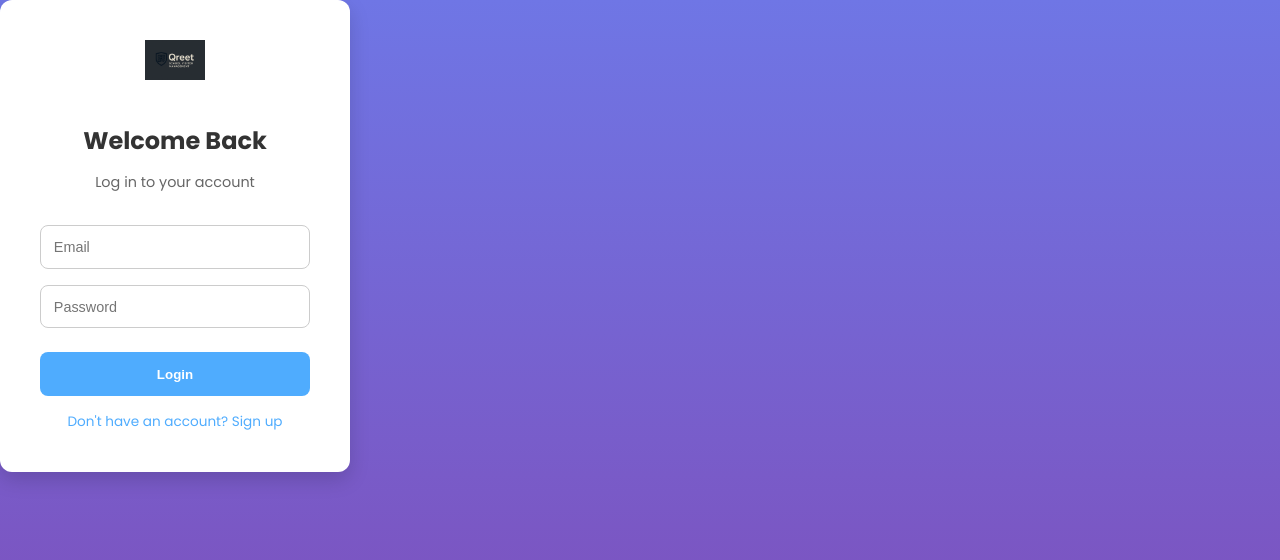
Repository: Ndegwa2/Soluschool
Page: /auth/login (app in frontend/)
The author's editor kept a copy of each file at every save. The page is drawn from the files as they stood at one save, then again after the next save.
The browser window is 1280 px wide. The pictures show the whole page.
The project was rebuilt for these pictures with package versions that can differ from the ones it lists, and the page was loaded fresh each time. The framework's server and built-in components were replaced by stand-ins that run in the browser. Also part of the build but not shown: frontend/next.config.mjs, frontend/components/layout/Header.js. Imported but missing from the stored project, and not drawn on this page: frontend/lib/config.

Above is the page before, as saved 2025-11-17 21:09:46.

After the next save:
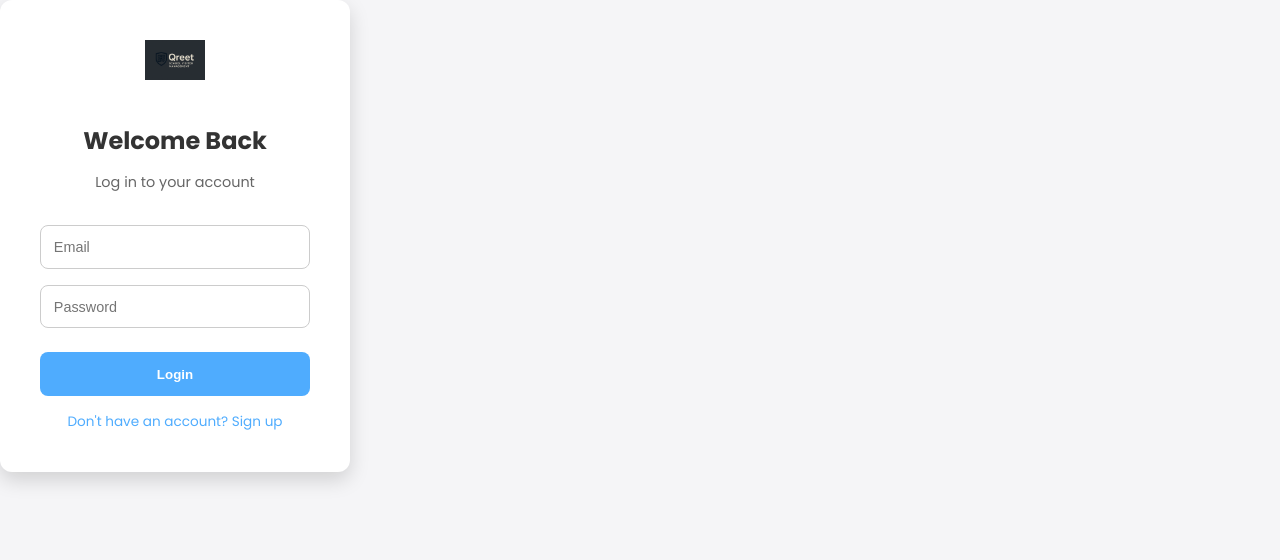
Saved 16 h 14 min later.
--- a/frontend/styles/globals.css
+++ b/frontend/styles/globals.css
@@ -382,26 +382,33 @@ body {
 
 /* Guard Dashboard Styles */
 :root{
-  --bg-grad-start:#6f76e5;
-  --bg-grad-end:#7e4db9;
+  --bg:#f5f5f7;
+  --header-bg:#ffffff;
   --card-bg:#ffffff;
-  --text:#1f2937;
+  --text:#111827;
   --muted:#6b7280;
-  --primary:#6678f0;
-  --primary-hover:#5a6ae0;
-  --ring: rgba(102,120,240,.45);
-  --radius:18px;
-  --shadow:0 10px 30px rgba(0,0,0,.12);
-  --outline:#e5e7eb;
+  --nav-link:#4b5563;
+  --nav-active:#2563eb;
+  --primary:#2563eb;
+  --primary-hover:#1d4ed8;
+  --logout-bg:#fee2e2;
+  --logout-text:#b91c1c;
+  --pill-bg:#ffffff;
+  --pill-active-bg:#eff6ff;
+  --pill-border:#e5e7eb;
+  --pill-active-border:#bfdbfe;
+  --shadow:0 1px 3px rgba(0,0,0,0.1), 0 1px 2px rgba(0,0,0,0.06);
+  --radius:24px;
+  --border:#e5e7eb;
 }
 
 *{box-sizing:border-box}
 
 body{
   margin:0;
-  font-family: ui-sans-serif, system-ui, -apple-system, "Segoe UI", Roboto, Helvetica, Arial, "Apple Color Emoji","Segoe UI Emoji";
+  font-family: system-ui, -apple-system, BlinkMacSystemFont, "Segoe UI", sans-serif;
   color:var(--text);
-  background: linear-gradient(180deg, var(--bg-grad-start), var(--bg-grad-end)) fixed;
+  background: var(--bg);
   min-height:100vh;
 }
 
